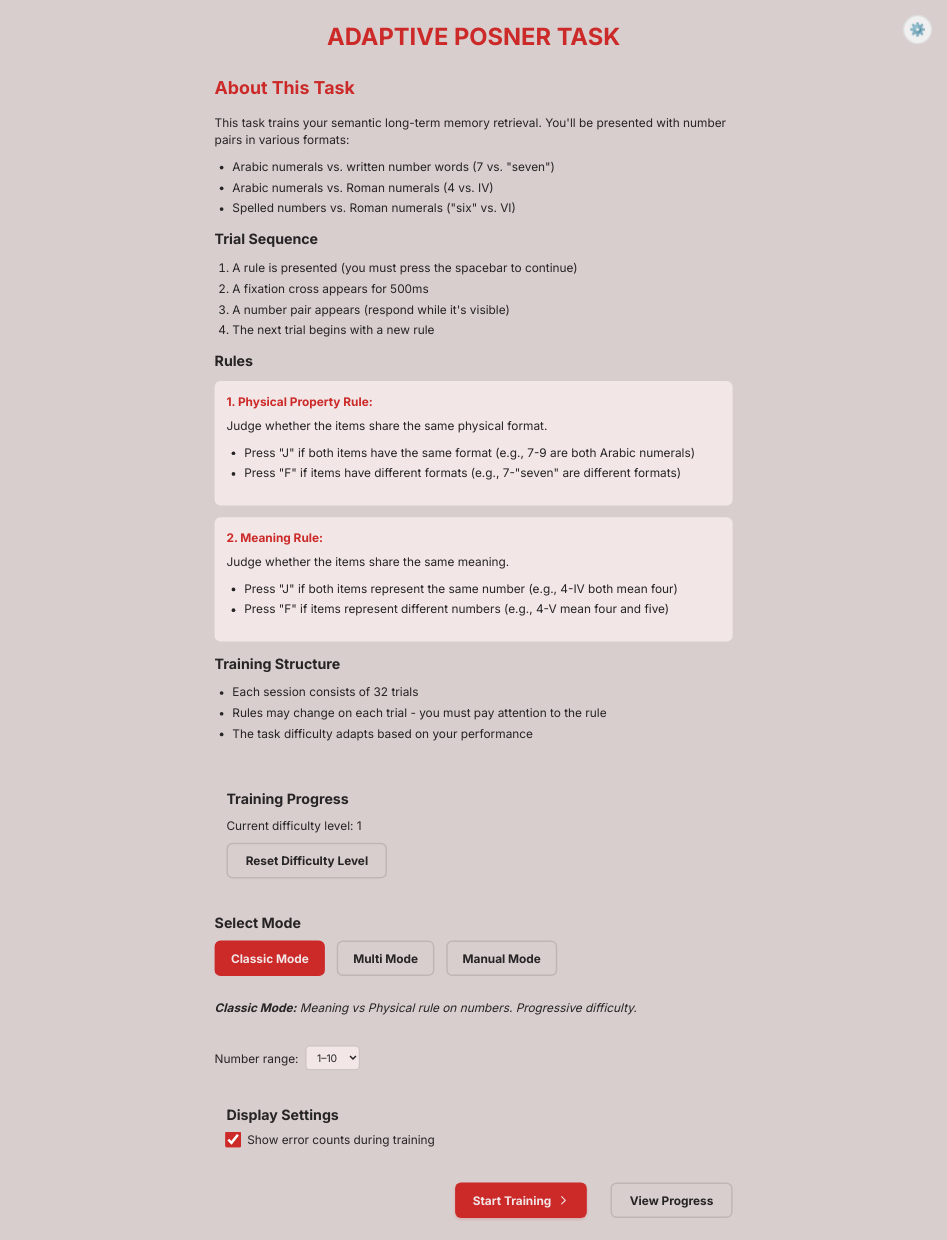
Repository: dolev765/braintrainepson
Page: index.html
The author's editor kept a copy of each file at every save. The page is drawn from the files as they stood at one save, then again after the next save.
The browser window is 1280 px wide. The pictures show the whole page, at 74% of full size.

Above is the page before, as saved 2025-10-16 01:11:27.

### index.html
<!DOCTYPE html>
<html lang="en">
<head>
    <meta charset="UTF-8">
    <meta name="viewport" content="width=device-width, initial-scale=1.0">
    <title>Adaptive Posner Task</title>

    <!-- Fonts -->
    <link rel="preconnect" href="https://fonts.googleapis.com">
    <link rel="preconnect" href="https://fonts.gstatic.com" crossorigin>
    <link href="https://fonts.googleapis.com/css2?family=Inter:wght@400;700&display=swap" rel="stylesheet">

    <!-- Stylesheets -->
    <link rel="stylesheet" href="css/main.css">
    <link rel="stylesheet" href="css/components.css">
    <link rel="stylesheet" href="css/responsive.css">
</head>
<body>
    <div id="mainContent">
        <header>
            <h1>ADAPTIVE POSNER TASK</h1>
        </header>

        <!-- Settings Button -->
        <button id="settingsToggle" class="settings-icon-btn">⚙️</button>
        <div id="settingsPanel" class="settings-panel hidden">
            <h3>Advanced Settings</h3>
            <div class="settings-group">
                <label><input type="checkbox" id="tier2Toggle"> Common Knowledge Categories</label>
                <label><input type="checkbox" id="tier3Toggle"> Expert Knowledge Categories</label>
            </div>
        </div>

        <!-- Description Screen -->
        <div id="descriptionScreen" class="screen active">
            <div class="description-content">
                <div class="task-description">
                    <h2>About This Task</h2>
                    <p>
                        This task trains your semantic long-term memory retrieval. You'll be presented with number pairs in various formats:
                    </p>
                    <ul>
                        <li>Arabic numerals vs. written number words (7 vs. "seven")</li>
                        <li>Arabic numerals vs. Roman numerals (4 vs. IV)</li>
                        <li>Spelled numbers vs. Roman numerals ("six" vs. VI)</li>
                    </ul>

                    <h3>Trial Sequence</h3>
                    <ol>
                        <li>A rule is presented (you must press the spacebar to continue)</li>
                        <li>A fixation cross appears for 500ms</li>
                        <li>A number pair appears (respond while it's visible)</li>
                        <li>The next trial begins with a new rule</li>
                    </ol>

                    <h3>Rules</h3>
                    <div class="rule-explanation">
                        <h4>1. Physical Property Rule:</h4>
                        <p>Judge whether the items share the same physical format.</p>
                        <ul>
                            <li>Press "J" if both items have the same format (e.g., 7-9 are both Arabic numerals)</li>
                            <li>Press "F" if items have different formats (e.g., 7-"seven" are different formats)</li>
                        </ul>
                    </div>

                    <div class="rule-explanation">
                        <h4>2. Meaning Rule:</h4>
                        <p>Judge whether the items share the same meaning.</p>
                        <ul>
                            <li>Press "J" if both items represent the same number (e.g., 4-IV both mean four)</li>
                            <li>Press "F" if items represent different numbers (e.g., 4-V mean four and five)</li>
                        </ul>
                    </div>

                    <h3>Training Structure</h3>
                    <ul>
                        <li>Each session consists of 32 trials</li>
                        <li>Rules may change on each trial - you must pay attention to the rule</li>
                        <li>The task difficulty adapts based on your performance</li>
                    </ul>
                </div>

                <div class="session-info">
                    <h3>Training Progress</h3>
                    <p>Current difficulty level: <span id="lastCompletedLevel">1</span></p>
                    <button id="resetLevel" class="btn btn-secondary">Reset Difficulty Level</button>
                </div>

                <div class="mode-selector">
                    <h3>Select Mode</h3>
                    <div class="mode-buttons">
                        <button id="progressiveMode" class="mode-button active">Classic Mode</button>
                        <button id="comprehensiveMode" class="mode-button">Multi Mode</button>
                        <button id="manualMode" class="mode-button">Manual Mode</button>
                    </div>
                </div>

                <div id="modeDescription" class="mode-description">
                    <strong>Classic Mode:</strong> Meaning vs Physical on numbers. Progressive difficulty.
                </div>

                <div class="settings">
                    <label for="numberRangeSelect">Number range:</label>
                    <select id="numberRangeSelect">
                        <option value="10" selected>1–10</option>
                        <option value="20">1–20</option>
                    </select>
                </div>

                <div class="display-settings">
                    <h3>Display Settings</h3>
                    <label class="checkbox-label">
                        <input type="checkbox" id="showErrorCounts" checked>
                        Show error counts during training
                    </label>
                </div>

                <div id="manualModeControls" class="manual-controls" style="display:none;">
                    <h3>Select difficulty level to practice:</h3>
                    <div class="level-selector">
                        <button class="level-button active" data-level="1">1</button>
                        <button class="level-button" data-level="2">2</button>
                        <button class="level-button" data-level="3">3</button>
                        <button class="level-button" data-level="4">4</button>
                        <button class="level-button" data-level="5">5</button>
                        <button class="level-button" data-level="6">6</button>
                        <button class="level-button" data-level="7">7</button>
                        <button class="level-button" data-level="8">8</button>
                        <button class="level-button" data-level="9">9</button>
                        <button class="level-button" data-level="10">10</button>
                    </div>
                    <p>Number of trials: <span id="trialsCount">32</span></p>
                </div>

                <div class="action-buttons">
                    <button id="startTask" class="btn btn-primary">
                        <span>Start Training</span>
                        <svg width="16" height="16" viewBox="0 0 256 256">
                            <path d="M184.49,136.49l-80,80a12,12,0,0,1-17-17L159,128L87.51,56.49a12,12,0,1,1,17-17l80,80A12,12,0,0,1,184.49,136.49Z"></path>
                        </svg>
                    </button>
                    <button id="viewProgress" class="btn btn-secondary">View Progress</button>
                </div>
            </div>
        </div>

        <!-- Rule Screen -->
        <div id="ruleScreen" class="screen game-screen">
            <div class="game-header">
                <span>Difficulty level: <span id="currentLevel">1</span></span>
                <span>Trial: <span id="currentTrial">1</span> / 32</span>
            </div>
            <div id="errorCountsDisplayRule" class="error-counts">
                <div>Errors: <span id="currentErrorsRule">0</span>/3</div>
                <div>Consecutive failures: <span id="currentConsecutiveFailuresRule">0</span>/3</div>
            </div>

            <div class="rule-content-box">
                <div id="currentRuleDisplay" class="rule-title">Physical Property Rule</div>
                <div id="ruleInstructions" class="rule-instructions">
                    Press "J" if items have the same format, press "F" if they have different formats.
                </div>
                <button id="continueButton" class="btn btn-primary continue-btn">
                    Press SPACEBAR to continue
                </button>
            </div>

            <div class="back-button-container">
                <button id="backToHomeFromRule" class="btn btn-secondary">← Back to Home</button>
            </div>
        </div>

        <!-- Fixation Screen -->
        <div id="fixationScreen" class="screen game-screen">
            <div class="game-header">
                <span>Difficulty level: <span id="currentLevelFixation">1</span></span>
                <span>Trial: <span id="currentTrialFixation">1</span> / 32</span>
            </div>
            <div id="errorCountsDisplayFixation" class="error-counts">
                <div>Errors: <span id="currentErrorsFixation">0</span>/3</div>
                <div>Consecutive failures: <span id="currentConsecutiveFailuresFixation">0</span>/3</div>
            </div>

            <div class="content-box">
                <div class="fixation-cross">+</div>
            </div>

            <div class="back-button-container">
                <button id="backToHomeFromFixation" class="btn btn-secondary">← Back to Home</button>
            </div>
        </div>

        <!-- Task Screen -->
        <div id="taskScreen" class="screen game-screen">
            <div class="game-header">
                <span>Difficulty level: <span id="currentLevel2">1</span></span>
                <span>Trial: <span id="currentTrialDisplay">1</span> / 32</span>
            </div>

            <div id="errorCountsDisplay" class="error-counts">
                <div>Errors: <span id="currentErrors">0</span>/3</div>
                <div>Consecutive failures: <span id="currentConsecutiveFailures">0</span>/3</div>
            </div>

            <div class="content-box">
                <div class="stimulus" id="stimulusPair">7-9</div>
            </div>

            <div class="feedback-container">
                <div id="feedbackMessage" class="feedback-message"></div>
            </div>
            <div id="progressBar2" class="progress-bar">
                <div id="progressFill2" class="progress-fill"></div>
            </div>

            <div class="response-buttons">
                <button id="differentButton" class="btn btn-secondary">Different (F)</button>
                <button id="sameButton" class="btn btn-primary">Same (J)</button>
            </div>

            <div class="back-button-container">
                <button id="backToHomeFromTask" class="btn btn-secondary">← Back to Home</button>
            </div>
        </div>

        <!-- Session Complete Screen -->
        <div id="sessionCompleteScreen" class="screen">
            <div class="screen-header">
                <h2>TRAINING SESSION COMPLETED</h2>
            </div>

            <div class="results-box">
                <h3>Results:</h3>
                <p>Correct answers: <span id="sessionCorrectCount">0</span> / 32</p>
                <p>Accuracy: <span id="sessionAccuracy">0%</span></p>
                <p>Final level: <span id="sessionFinalLevel">1</span></p>
            </div>

            <div class="action-buttons">
                <button id="returnToMenu" class="btn btn-secondary">Return to Menu</button>
                <button id="startNewSession" class="btn btn-primary">
                    <span>New Session</span>
                    <svg width="16" height="16" viewBox="0 0 256 256">
                        <path d="M184.49,136.49l-80,80a12,12,0,0,1-17-17L159,128L87.51,56.49a12,12,0,1,1,17-17l80,80A12,12,0,0,1,184.49,136.49Z"></path>
                    </svg>
                </button>
            </div>
        </div>

        <!-- Score Screen -->
        <div id="scoreScreen" class="screen">
            <div class="screen-header">
                <h2>TRAINING COMPLETE</h2>
                <button id="startNewTest" class="btn btn-primary">Return to Menu</button>
            </div>

            <div id="statsContainer" class="stats-container">
                <div class="stat-box">
                    <h4>SESSION SUMMARY</h4>
                    <p>Trials completed: <span>32</span></p>
                </div>

                <div class="stat-box">
                    <h4>ACCURACY</h4>
                    <p id="accuracyRate" class="stat-value">0%</p>
                </div>

                <div class="stat-box">
                    <h4>FINAL LEVEL</h4>
                    <p id="finalLevel" class="stat-value">0</p>
                </div>
            </div>

            <div class="history-section">
                <h3>HISTORY</h3>
                <div id="historyContainer" class="history-container"></div>
            </div>
        </div>

        <!-- Progress Screen -->
        <div id="progressScreen" class="screen">
            <div class="screen-header">
                <h2>PROGRESS OVER TIME</h2>
                <div class="progress-controls">
                    <button id="progressBackToMenu" class="btn btn-secondary">Back to Menu</button>
                    <select id="progressModeFilter">
                        <option value="all" selected>All Modes</option>
                        <option value="classic">Classic</option>
                        <option value="multi">Multi</option>
                    </select>
                </div>
            </div>
            <div class="chart-container">
                <canvas id="progressCanvas" width="700" height="300"></canvas>
                <div class="chart-legend">
                    <div class="legend-item">
                        <span class="legend-color" style="background:#cc2929;"></span>
                        <span>Final level (last session per day)</span>
                    </div>
                    <div class="legend-item">
                        <span class="legend-color" style="background:#2d7a2d;"></span>
                        <span>Highest level (max per day)</span>
                    </div>
                    <div class="legend-item">
                        <span class="legend-color" style="background:#1f4f8a;"></span>
                        <span>Lowest level (min per day)</span>
                    </div>
                </div>
            </div>
        </div>
    </div>

    <!-- Scripts -->
    <script type="module" src="js/main.js"></script>
</body>
</html>

### css/main.css
/* Main CSS - Base styles and layout */
* {
    margin: 0;
    padding: 0;
    box-sizing: border-box;
}

body {
    background-color: #d9cece;
    font-family: "Inter", sans-serif;
    min-height: 100vh;
    display: flex;
    flex-direction: column;
    color: #262424;
}

#mainContent {
    max-width: 1200px;
    margin: 0 auto;
    padding: 20px;
    flex: 1;
}

header h1 {
    color: #cc2929;
    font-weight: 700;
    font-size: 2rem;
    text-align: center;
    margin-bottom: 2rem;
}

/* Screen Management */
.screen {
    display: none;
    flex-direction: column;
    gap: 2rem;
}

.screen.active {
    display: flex;
}

.game-screen {
    display: none;
}

/* Typography */
h2 {
    color: #cc2929;
    font-weight: 700;
    font-size: 1.5rem;
    margin-bottom: 1rem;
}

h3 {
    color: #262424;
    font-weight: 700;
    font-size: 1.2rem;
    margin-bottom: 0.75rem;
}

h4 {
    color: #cc2929;
    font-size: 0.75rem;
    font-weight: 700;
    margin-bottom: 0.5rem;
}

p {
    line-height: 1.5;
    margin-bottom: 0.75rem;
}

ul, ol {
    margin-left: 1.5rem;
    margin-bottom: 1rem;
}

li {
    margin-bottom: 0.25rem;
}

/* Layout Components */
.description-content {
    display: flex;
    flex-direction: column;
    gap: 2rem;
}

.task-description {
    max-width: 600px;
    line-height: 1.5;
}

.rule-explanation {
    background-color: #f2e6e6;
    padding: 1rem;
    border-radius: 8px;
    margin-bottom: 1rem;
}

.rule-explanation h4 {
    color: #cc2929;
    font-size: 1rem;
    margin-bottom: 0.5rem;
}

.session-info {
    background-color: #d9cece;
    padding: 1rem;
    border-radius: 10px;
}

.mode-description {
    color: #262424;
    font-style: italic;
}

.settings {
    display: flex;
    align-items: center;
    gap: 10px;
    margin-top: 10px;
}

.display-settings {
    background-color: #d9cece;
    padding: 1rem;
    border-radius: 10px;
}

.checkbox-label {
    display: flex;
    align-items: center;
    gap: 10px;
    cursor: pointer;
}

.checkbox-label input[type="checkbox"] {
    transform: scale(1.2);
}

.manual-controls {
    margin-top: 1rem;
}

.action-buttons {
    display: flex;
    gap: 2rem;
    align-self: flex-end;
    flex-wrap: wrap;
}

.screen-header {
    display: flex;
    justify-content: space-between;
    align-items: center;
    flex-wrap: wrap;
    gap: 1rem;
}

.game-header {
    display: flex;
    justify-content: space-between;
    align-items: center;
    color: #262424;
}

.error-counts {
    display: flex;
    justify-content: space-between;
    width: 100%;
    margin-top: -8px;
    color: #262424;
}

.content-box {
    background-color: #f2e6e6;
    padding: 2rem;
    border-radius: 10px;
    text-align: center;
    min-height: 120px;
    display: flex;
    align-items: center;
    justify-content: center;
}

.rule-content-box {
    background-color: #f2e6e6;
    padding: 2rem;
    border-radius: 10px;
    text-align: center;
}

.rule-title {
    color: #cc2929;
    font-size: 1.75rem;
    font-weight: bold;
    margin-bottom: 1rem;
}

.rule-instructions {
    color: #262424;
    margin-bottom: 1.5rem;
    font-size: 1rem;
}

.continue-btn {
    margin: 0 auto;
    max-width: 300px;
    text-align: center;
    justify-content: center;
}

.fixation-cross {
    font-size: 2.25rem;
    font-weight: bold;
    color: #cc2929;
}

.stimulus {
    font-size: 1.5rem;
    font-weight: bold;
    color: #262424;
}

.feedback-container {
    position: relative;
    height: 28px;
    margin-top: 4px;
}

.feedback-message {
    display: none;
    text-align: center;
    font-weight: bold;
    padding: 0.5rem;
    border-radius: 4px;
}

.feedback-message.correct-feedback {
    background-color: #d4edda;
    color: #155724;
    border: 1px solid #c3e6cb;
}

.feedback-message.incorrect-feedback {
    background-color: #f8d7da;
    color: #721c24;
    border: 1px solid #f5c6cb;
}

.progress-bar {
    width: 100%;
    height: 8px;
    background-color: #e0e0e0;
    border-radius: 4px;
    overflow: hidden;
    margin: 1rem 0;
}

.progress-fill {
    height: 100%;
    background-color: #cc2929;
    width: 0%;
    transition: width 0.3s ease;
}

.response-buttons {
    display: flex;
    justify-content: space-between;
    width: 100%;
    gap: 1rem;
}

.back-button-container {
    margin-top: auto;
}

.results-box {
    background-color: #d9cece;
    padding: 1.25rem;
    border-radius: 10px;
}

.stats-container {
    display: grid;
    grid-template-columns: repeat(auto-fit, minmax(200px, 1fr));
    gap: 1rem;
    margin-bottom: 2rem;
}

.stat-box {
    background-color: #f2e6e6;
    padding: 1rem;
    border-radius: 8px;
    text-align: center;
}

.stat-value {
    color: #262424;
    font-size: 1.5rem;
    font-weight: 700;
    margin-top: 0.5rem;
}

.history-section {
    display: flex;
    flex-direction: column;
    gap: 1rem;
}

.history-container {
    max-height: 300px;
    overflow-y: auto;
    background-color: #f2e6e6;
    padding: 1rem;
    border-radius: 8px;
}

.history-item {
    display: flex;
    justify-content: space-between;
    align-items: center;
    padding: 0.75rem;
    margin-bottom: 0.5rem;
    border-radius: 6px;
    background-color: white;
}

.history-item.correct {
    border-left: 4px solid #28a745;
}

.history-item.incorrect {
    border-left: 4px solid #dc3545;
}

.history-item .history-content {
    flex: 1;
}

.history-item .history-content .trial-title {
    color: #262424;
    font-weight: 700;
}

.history-item .history-content .trial-details {
    margin-top: 5px;
    color: #403d3d;
    font-size: 0.9rem;
}

.history-item .history-content .trial-details div {
    margin-top: 5px;
}

.progress-controls {
    display: flex;
    gap: 10px;
    align-items: center;
}

.chart-container {
    background: #f2e6e6;
    border-radius: 10px;
    padding: 1.25rem;
}

.chart-legend {
    margin-top: 10px;
    display: flex;
    gap: 20px;
    align-items: center;
    flex-wrap: wrap;
}

.legend-item {
    display: flex;
    align-items: center;
    gap: 6px;
}

.legend-color {
    display: inline-block;
    width: 14px;
    height: 3px;
    border-radius: 2px;
}

/* Settings Button and Panel */
.settings-icon-btn {
    position: fixed;
    top: 20px;
    right: 20px;
    width: 40px;
    height: 40px;
    border-radius: 50%;
    background: #f0f0f0;
    border: 2px solid #ddd;
    cursor: pointer;
    font-size: 18px;
    display: flex;
    align-items: center;
    justify-content: center;
    z-index: 1000;
    transition: all 0.3s ease;
}

.settings-icon-btn:hover {
    background: #e0e0e0;
    border-color: #ccc;
    transform: scale(1.1);
}

.settings-panel {
    position: fixed;
    top: 70px;
    right: 20px;
    background: white;
    border: 2px solid #ddd;
    border-radius: 8px;
    padding: 20px;
    min-width: 250px;
    box-shadow: 0 4px 12px rgba(0,0,0,0.15);
    z-index: 999;
    transition: all 0.3s ease;
}

.settings-panel.hidden {
    display: none;
}

.settings-panel h3 {
    margin: 0 0 15px 0;
    font-size: 16px;
    color: #333;
}

.settings-group {
    display: flex;
    flex-direction: column;
    gap: 10px;
}

.settings-group label {
    display: flex;
    align-items: center;
    gap: 8px;
    font-size: 14px;
    cursor: pointer;
}

.settings-group input[type="checkbox"] {
    margin: 0;
}

Loaded but not shown: js/config/semantic/tier1-basic.js (329 lines, source omitted); js/ui-controller.js (317 lines, source omitted); js/config/semantic/tier3-expert.js (107 lines, source omitted); js/config/semantic/tier2-common.js (112 lines, source omitted); js/config/semantic/semantic-rules.js (239 lines, source omitted); js/stimulus-generator.js (220 lines, source omitted); js/game-state.js (281 lines, source omitted); js/game-logic.js (268 lines, source omitted); js/main.js (228 lines, source omitted); js/progress-tracker.js (239 lines, source omitted); js/config/numbers/number-data.js (76 lines, source omitted); js/config/numbers/format-combinations.js (49 lines, source omitted); js/config/ui/messages.js (29 lines, source omitted); js/config/ui/achievements-config.js (69 lines, source omitted); js/config/ui/ui-config.js (59 lines, source omitted); js/config/game/game-config.js (49 lines, source omitted); js/config/game/default-settings.js (49 lines, source omitted); js/config/index.js (20 lines, source omitted); js/config/ui/stats-config.js (29 lines, source omitted); js/config/game/level-times.js (14 lines, source omitted); js/config/semantic/index.js (15 lines, source omitted); css/responsive.css (349 lines, source omitted); css/components.css (288 lines, source omitted)

After the next save:
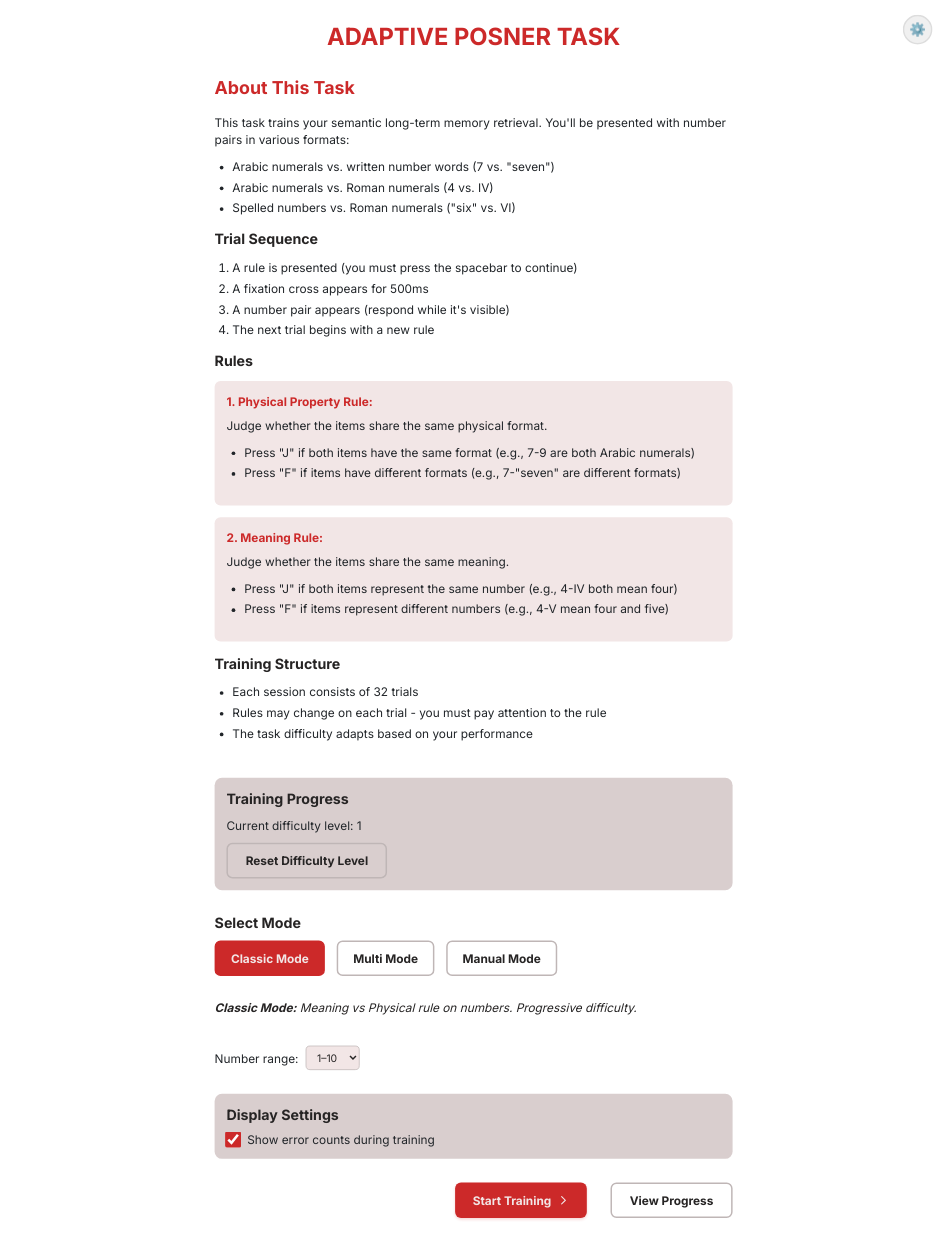
Saved 10 s later.
--- a/css/main.css
+++ b/css/main.css
@@ -6,12 +6,12 @@
 }
 
 body {
-    background-color: #d9cece;
+    background-color: #ffffff;
     font-family: "Inter", sans-serif;
     min-height: 100vh;
     display: flex;
     flex-direction: column;
-    color: #262424;
+    color: #212529;
 }
 
 #mainContent {
